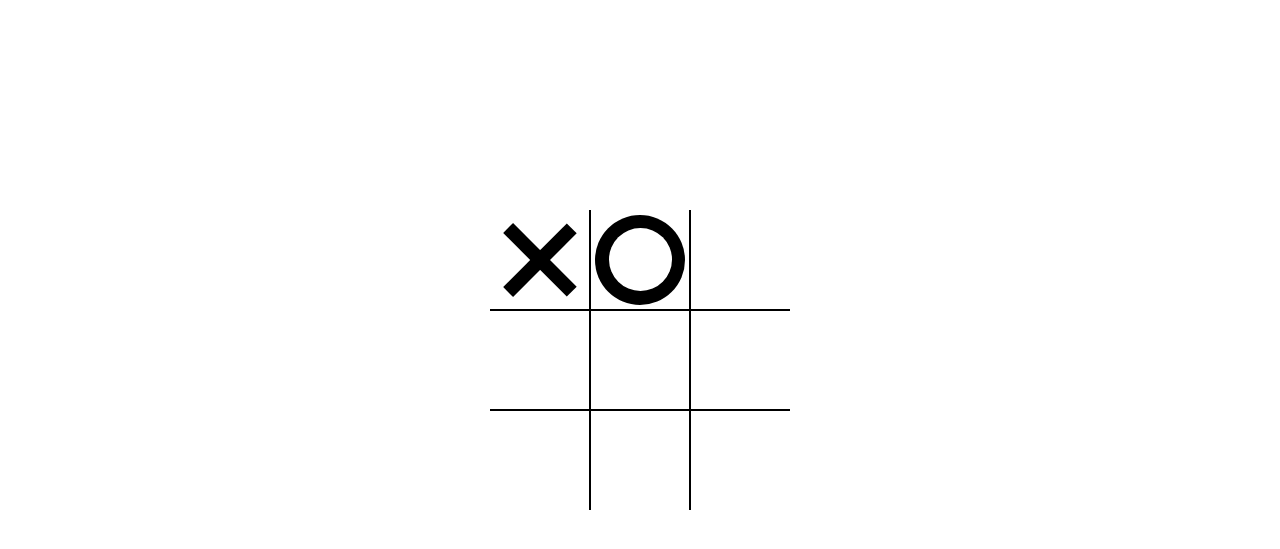
Repository: divya2/tic-toc-toe
Page: index.html
These files come from the project's save history. The page is drawn as it stood at one moment and after the next save; the edit follows.
The browser window is 1280 px wide. The pictures show the whole page.

Above is the page before, as saved 2020-10-29 22:56:55.
Not found: script.js

After the next save:
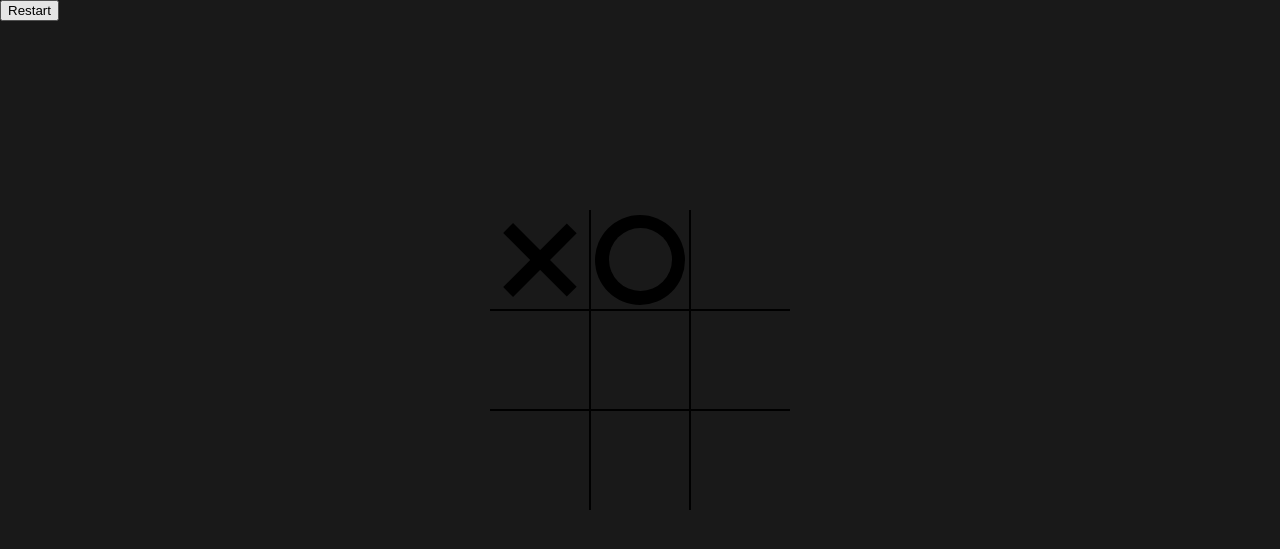
Saved 70 s later.
--- a/styles.css
+++ b/styles.css
@@ -115,4 +115,9 @@ body {
 
 .winning-message {
     position: fixed;
+    top:0;
+    left: 0;
+    right:0;
+    bottom: 0;
+    background-color: rgba(0, 0, 0, .9);
 }
